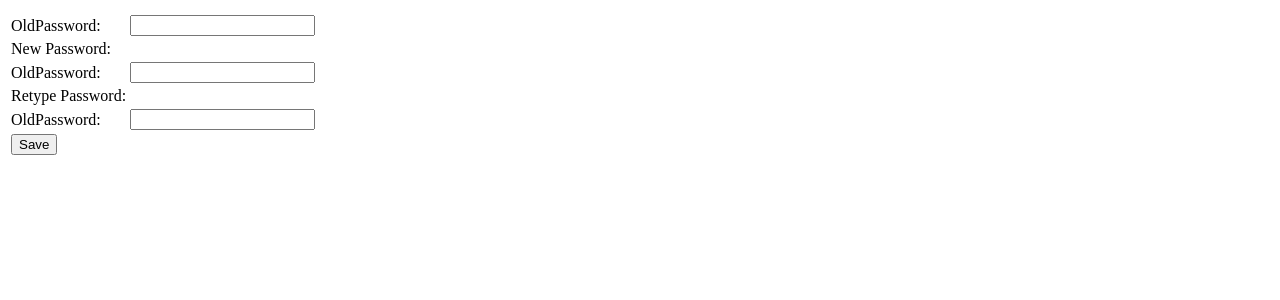
Repository: tarik788/prac
Page: http://localhost/Struts_validations/Manager/ChangePassword.jsp
The author's editor kept a copy of each file at every save. The page is drawn from the files as they stood at one save, then again after the next save.
The browser window is 1280 px wide. The pictures show the whole page.
The page is served by Tomcat 9.

Above is the page before, as saved 2014-06-18 10:20:20.

After the next save:
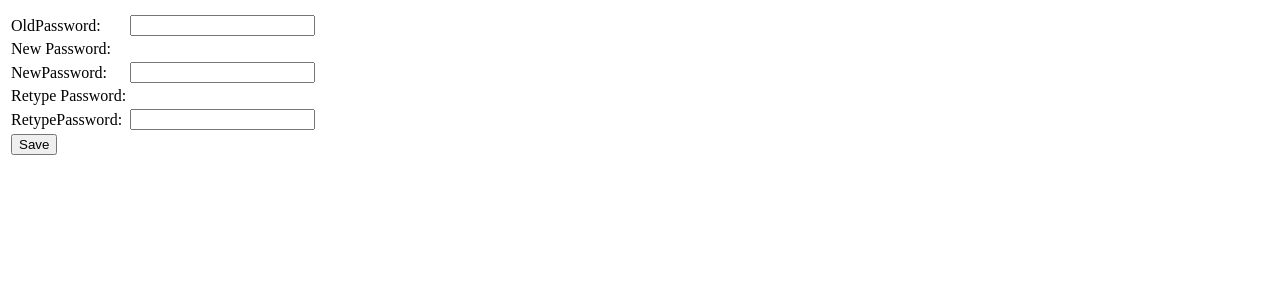
Saved 16 s later.
--- a/Java/AdvJava/Project/Struts_validations/WebContent/Manager/ChangePassword.jsp
+++ b/Java/AdvJava/Project/Struts_validations/WebContent/Manager/ChangePassword.jsp
@@ -15,11 +15,11 @@
 			</tr>
 			<tr>
 				<td>New Password:</td>
-				<td><s:password name="newPassword" label="OldPassword"></s:password></td>
+				<td><s:password name="newPassword" label="NewPassword"></s:password></td>
 			</tr>
 			<tr>
 				<td>Retype Password:</td>
-				<td><s:password name="retypedPassword" label="OldPassword"></s:password></td>
+				<td><s:password name="retypedPassword" label="RetypePassword"></s:password></td>
 			</tr>
 			<tr>
 				<td colspan="2" class="center"><input type='submit' id='btnSubmit'
